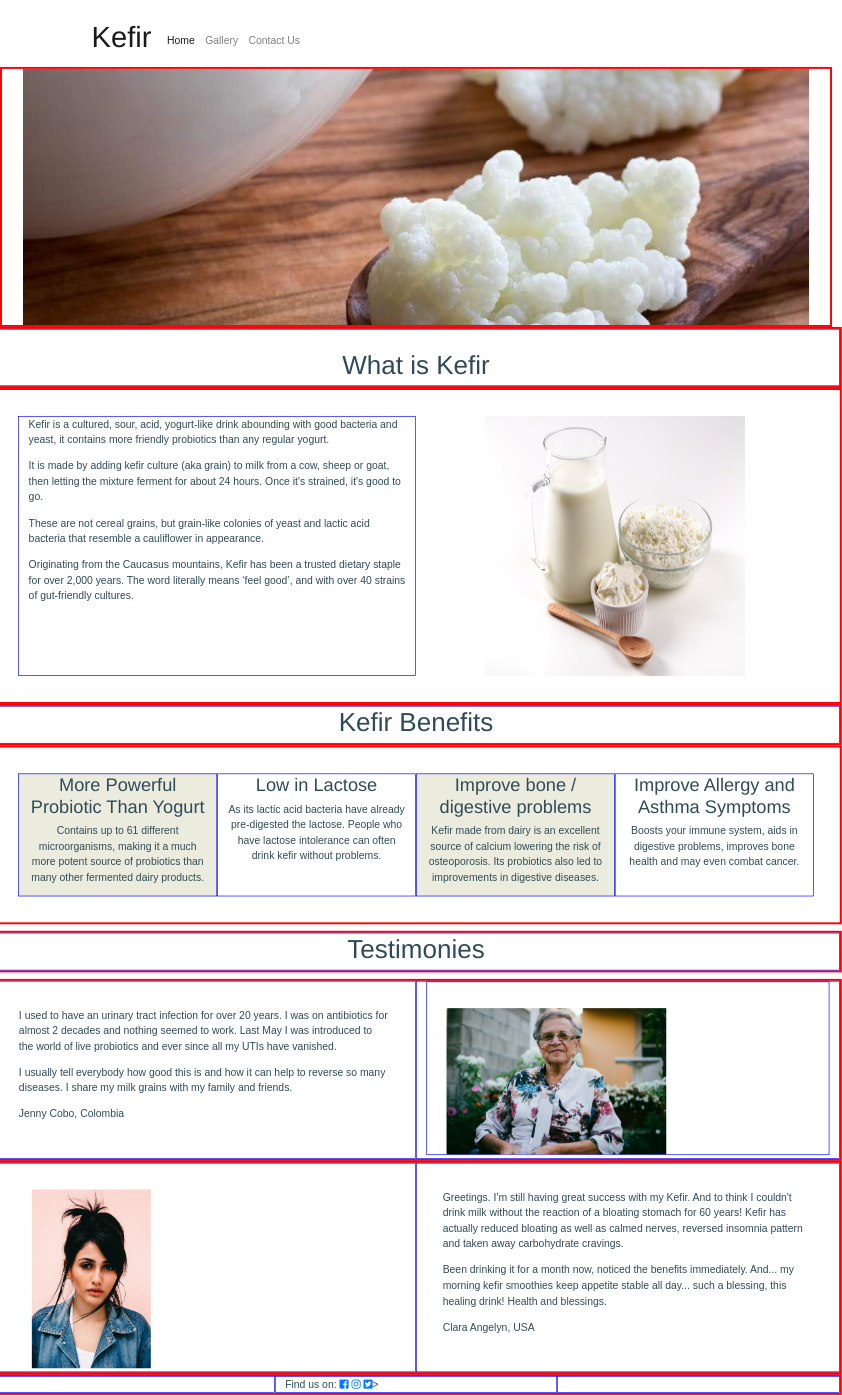
Repository: Code-Institute-Submissions/andna5980-kefir-repo_JuneResub
Page: index.html
An editor plug-in stored every save of this project. The page is shown before and after the next save, followed by the edit.
The browser window is 1280 px wide. The page is 1295 px wide, so the pictures cover 1295 px, including what lies to the right of the window. The pictures show the whole page, at 65% of full size.
Some web fonts or font styles are not loaded; a fallback is used. Some web libraries are served in a nearby version.

Above is the page before, as saved 2021-03-02 00:29:08.

After the next save:
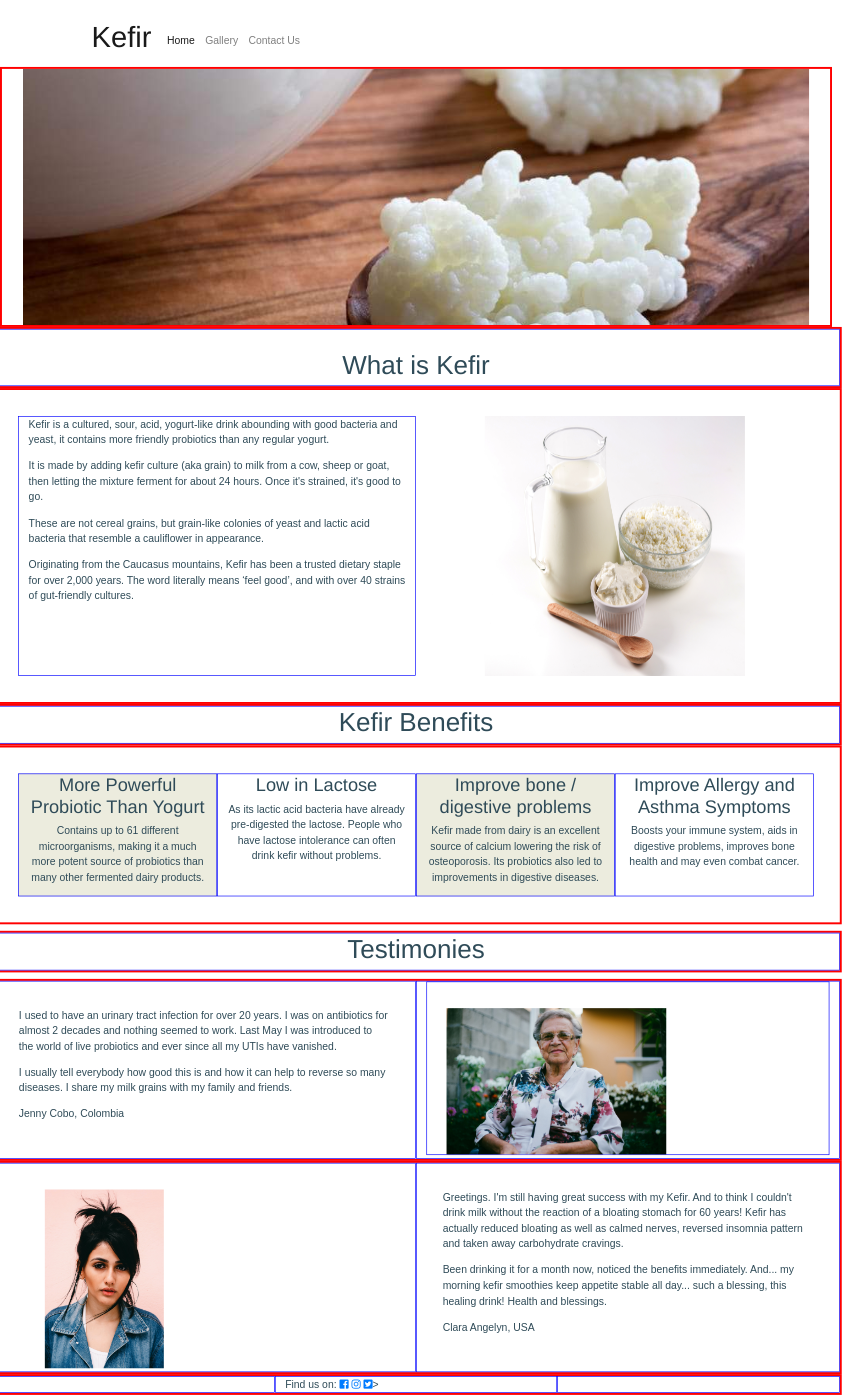
Saved 49 s later.
--- a/assets/styles/style.css
+++ b/assets/styles/style.css
@@ -168,7 +168,7 @@ word-spacing: 5px;
 
 .testimony-image2 {
     padding-top: 40px;
-    padding-left: 60px;
+    padding-left: 80px;
  }
 
 
